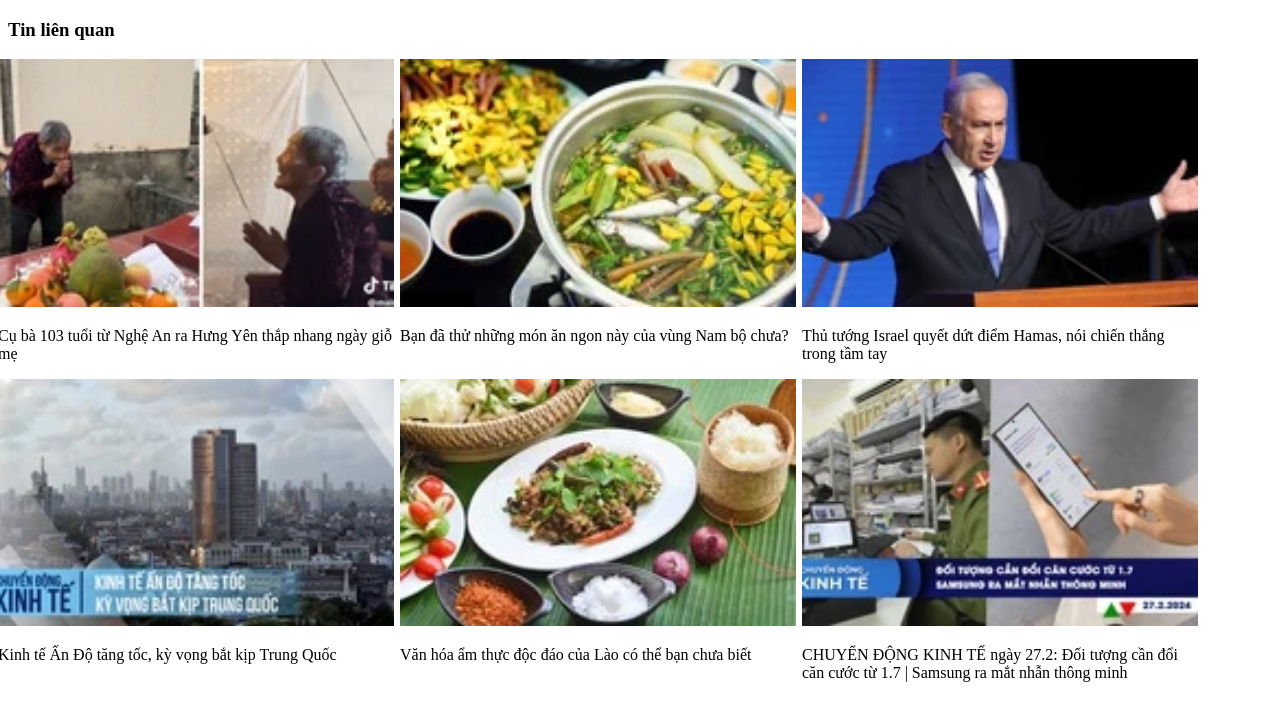
Repository: Tan-Khang21/TH_TKW--Buoi_03
Page: BT_tren_lop/Bai_2/content_right.html
The author's editor kept a copy of each file at every save. The page is drawn from the files as they stood at one save, then again after the next save.
The browser window is 1280 px wide. The pictures show the whole page.

Above is the page before, as saved 2024-02-28 09:37:10.

After the next save:
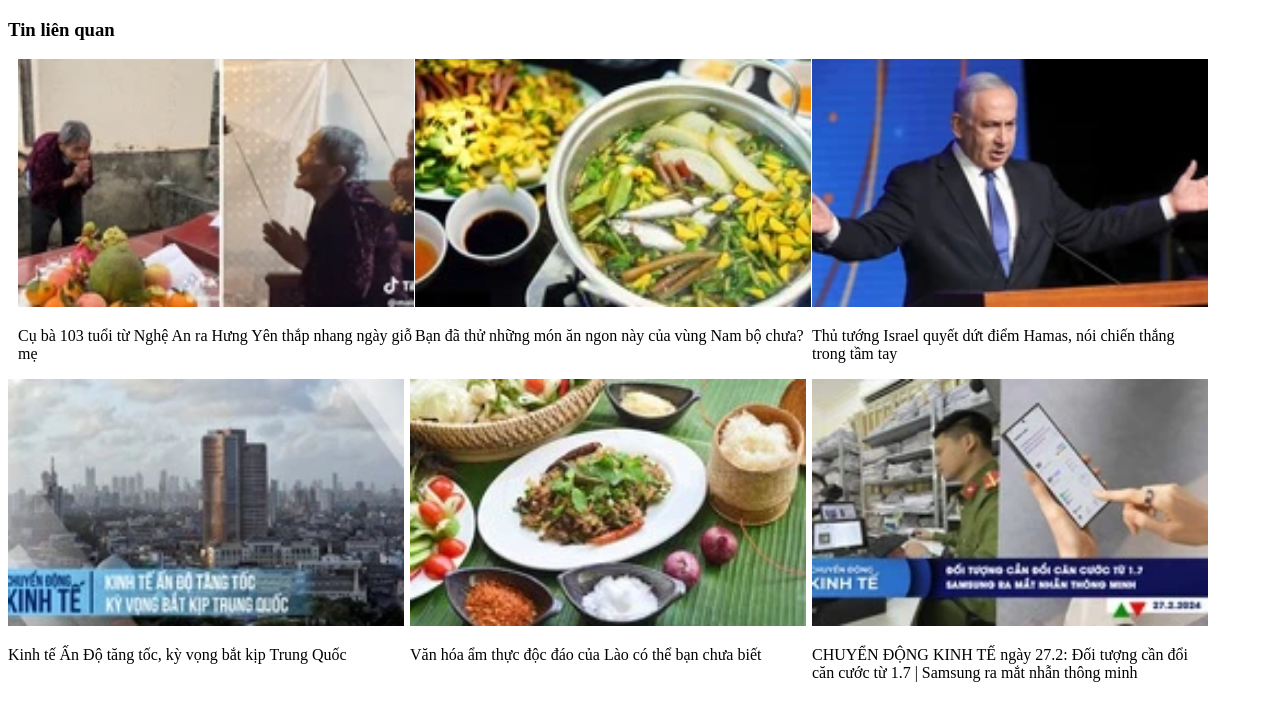
Saved 44 s later.
--- a/BT_tren_lop/Bai_2/content_right.html
+++ b/BT_tren_lop/Bai_2/content_right.html
@@ -7,8 +7,8 @@
 </head>
 <body>
     <h3>Tin liên quan</h3>
-    <div style="display: flex; max-width: 1200px; flex-wrap: wrap; justify-content: space-between;margin-left: -10px;">
-        <div style="width: 33%; ">
+    <div style="display: flex; max-width: 1200px; flex-wrap: wrap; justify-content: space-between;">
+        <div style="width: 33%; margin-left: 10px;">
             <img src="/BT_tren_lop/Bai_2/images/hinh3.webp" alt="" style="width: 100%; object-fit: contain;">
             <p>Cụ bà 103 tuổi từ Nghệ An ra Hưng Yên thắp nhang ngày giỗ mẹ</p>
         </div>
